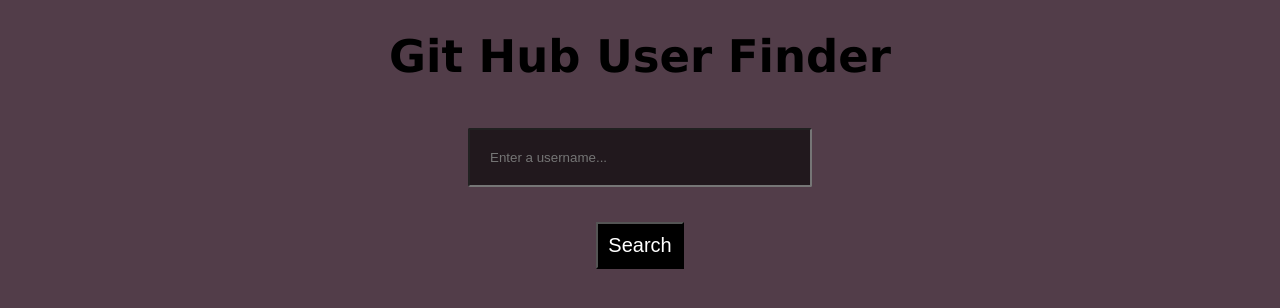
Repository: Dharshinimk-521/github-user-finder
Page: index.html
An editor plug-in stored every save of this project. The page is shown before and after the next save, followed by the edit.
The browser window is 1280 px wide. The pictures show the whole page.
Some web fonts or font styles are not loaded; a fallback is used.

Above is the page before, as saved 2026-04-13 21:09:21.

After the next save:
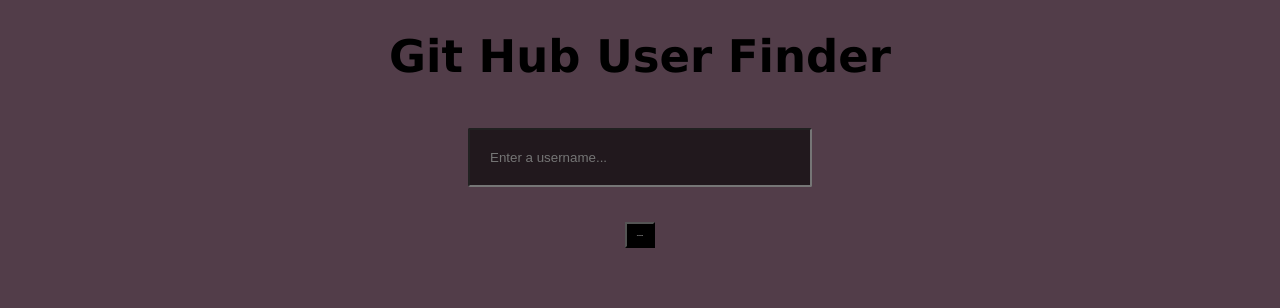
Saved 21 s later.
--- a/style.css
+++ b/style.css
@@ -19,8 +19,8 @@
     width:300px;
 }
 #input:focus{
-    border-color: #590a35;
-    box-shadow: 0 0 10px #590a35;
+    border-color: #00ffcc;
+    box-shadow: 0 0 10px #00ffcc;
 }
 #search{
     padding:10px;
@@ -28,5 +28,5 @@
     cursor: pointer;
     background-color: black;
     color: white;
-    font-size: 20px;
+    font-size: 2px;
 }

After the save that followed:
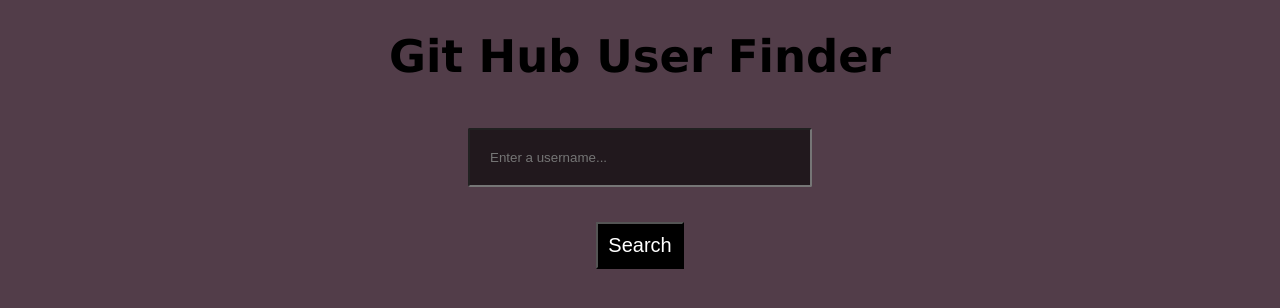
Saved 5 s later.
--- a/style.css
+++ b/style.css
@@ -28,5 +28,5 @@
     cursor: pointer;
     background-color: black;
     color: white;
-    font-size: 2px;
+    font-size: 20px;
 }
